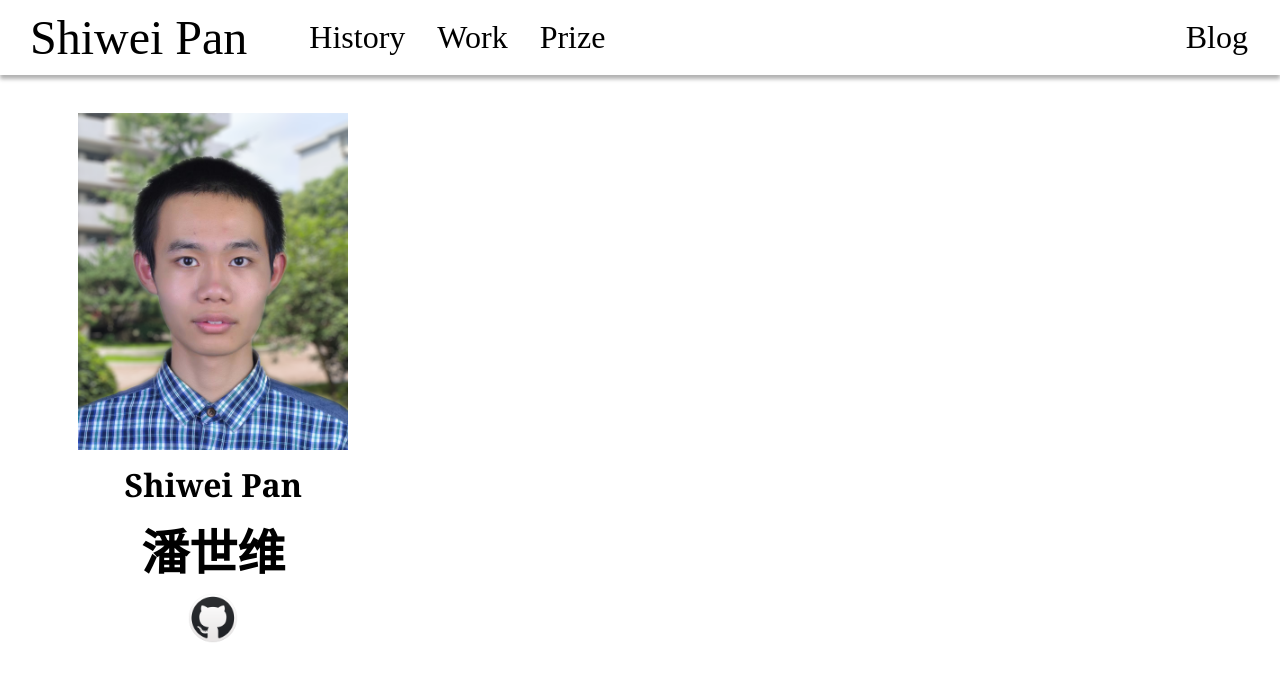
Repository: erikpsw/web
Page: new/psw.html
An editor plug-in stored every save of this project. The page is shown before and after the next save, followed by the edit.
The browser window is 1280 px wide. The pictures show the whole page.

Above is the page before, as saved 2022-06-16 22:31:14.

### new/psw.html
<!DOCTYPE html>
<html>
<head>
<meta charset="utf-8">
<title>Shiwei Pan</title>
<link rel="stylesheet" type="text/css" href="styles.css">
</head>
<body class="body">
<nav id="start_box">
    <a class="nav" id="title" href="">Shiwei Pan</a>
    <a class="nav" href="" >History</a>
    <a class="nav" href="">Work</a>
    <a class="nav" href="">Prize</a>
    <a class="nav" id="myblog" target="_blank" href="https://erikpsw.github.io/">Blog</a>
</nav>
<section>
    <div id="profile">
        <img src="\pic\mine.png" id="mine">
        <h2 id="intro">Shiwei Pan</h2>
        <h2 id="name">潘世维</h2>
    <div>
        <img src="\pic\github.png" id="github">

    </div>

    </div>
</section>
</body>
</html>

### new/styles.css
#start_box
{
    background-color: whit;
    display:flex;
    box-shadow: 0 0.25rem 0.25rem 0 rgb(0 0 0 / 31%);
}

#title{
    text-decoration: none;
    font-family:"Times New Roman",Georgia,Serif;
    font-style:inherit;
    padding:10px 30px 10px;
    color:black;
    font-size: 3em;
}

.nav{
    text-decoration: none;
    font-family:"Times New Roman",Georgia,Serif;
    padding-left:1em;
    color:black;
    display: inline-flex;
    align-items: center;
    font-size: 2em;
}

.body{
    margin: 0%;
}

#myblog{
    margin-left: auto;
    padding-right: 1em;
}

#mine{
    width: 270px;
    height: 337.5px;
    margin-top: 1cm;
}

#profile{
    text-align: center;
    max-width: 33.333%;
}

#intro{
    font-family: Georgia,Serif;
    font-size: 2em;
    margin: 2%;
}

#name{
    font-family: STZhongsong;
    font-size: 3em;
    margin: 2%;
}

#github{
    height: 50px;
}

After the next save:
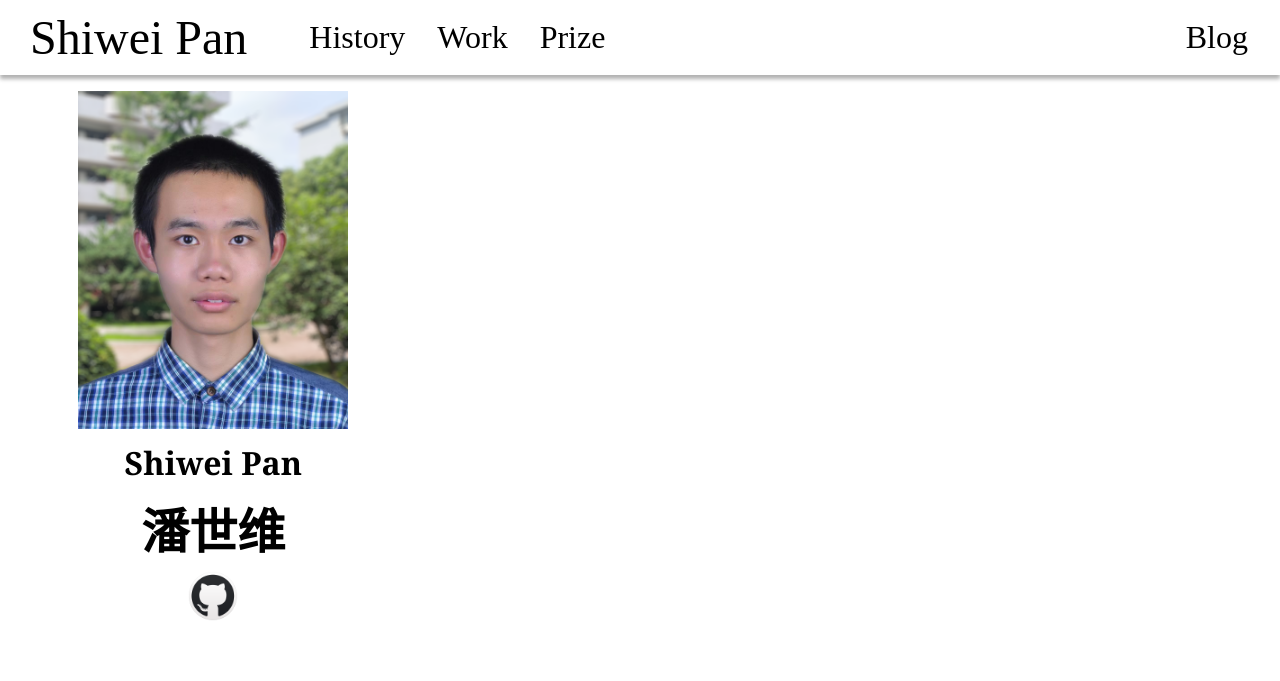
Saved 9 s later.
--- a/new/styles.css
+++ b/new/styles.css
@@ -36,7 +36,7 @@
 #mine{
     width: 270px;
     height: 337.5px;
-    margin-top: 1cm;
+    margin-top: 1em;
 }
 
 #profile{
